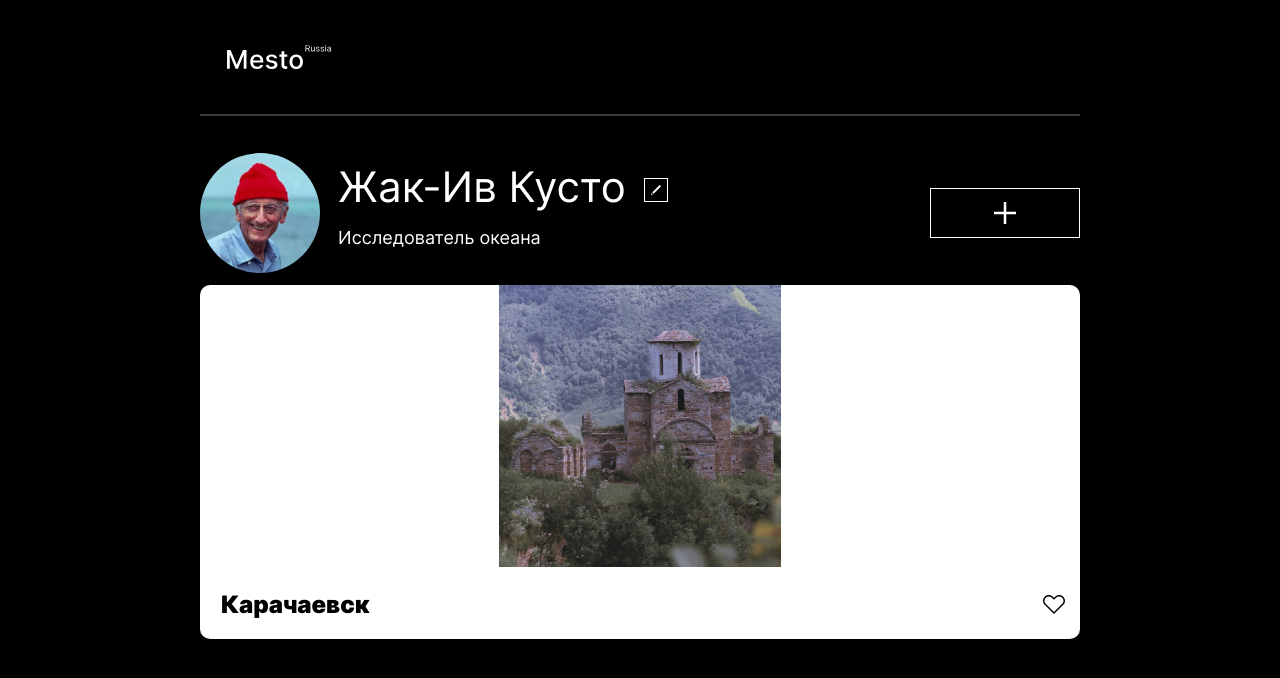
Repository: dyond/mesto
Page: index.html
The author's editor kept a copy of each file at every save. The page is drawn from the files as they stood at one save, then again after a run of saves.
The browser window is 1280 px wide. The pictures show the whole page.

Above is the page before, as saved 2022-11-28 19:36:28.

### index.html
<!DOCTYPE html>
<html lang="ru">
<head>
  <meta charset="UTF-8">
  <meta http-equiv="X-UA-Compatible" content="IE=edge">
  <meta name="viewport" content="width=device-width, initial-scale=1.0">
  <link rel="stylesheet" href="pages/index.css">
  <title>Mesto</title>
</head>
<body class="root">
  <div class="page">
    <header class="header">
      <img src="images/logo.svg" alt="" class="header__logo">
      <hr class="header__line">
    </header>
    <main>
      <section class="profile">
        <img src="images/avatar.jpg" alt="" class="profile__avatar">
        <div class="profile__info">
          <div class="profile__info-group">
            <h1 class="profile__info-title">Жак-Ив Кусто</h1>
            <button class="profile__info-button profile__info-button__edit">
              <img src="images/Vector.png" alt="">
            </button>
          </div>
          <p class="profile__info-subtitle">Исследователь океана</p>

        </div>
        <button class="profile__info-button profile__info-button__add">
          <img src="images/Vector_2.png" alt="">
        </button>
      </section>
      <section class="cards">
        <div class="card">
          <img src="images/kirill-pershin-1088404-unsplash.jpg" alt="" class="card__image">
          <div class="card__group">
            <h2 class="card__title">Карачаевск</h2>
            <button class="card__button">
              <img src="images/vector_3.svg" alt="">
            </button>
          </div>
        </div>
      </section>
    </main>
  </div>
</body>
</html>

### pages/index.css
/* NORMALIZE */
@import url(../vendor/normalize.css);

/* ROOT */
@import url(../blocks/root/root.css);

/* PAGE */
@import url(../blocks/page/page.css);

/* FONTS */
@import url(../vendor/fonts/fonts.css);

/* HEADER */
@import url(../blocks/header/header.css);
@import url(../blocks/header/__logo/header__logo.css);
@import url(../blocks/header/__line/header__line.css);

/* PROFILE */
@import url(../blocks/profile/profile.css);
@import url(../blocks/profile/__avatar/profile__avatar.css);
@import url(../blocks/profile/__info-button/profile__info-button.css);
@import url(../blocks/profile/__info/profile__info.css);
@import url(../blocks/profile/__info-group/profile__info-group.css);
@import url(../blocks/profile/__info-title/profile__info-title.css);
@import url(../blocks/profile/__info-subtitle/profile__info-subtitle.css  );
@import url(../blocks/profile/__info-button/__edit/profile__info-button__edit.css);
@import url(../blocks/profile/__info-button/__add/profile__info-button__add.css);

/* CARDS */
@import url(../blocks/cards/cards.css);
@import url(../blocks/cards/card/card.css);
@import url(../blocks/cards/card/__title/card__title.css);
@import url(../blocks/cards/card/__button/card__button.css);
@import url(../blocks/cards/card/__group/card__group.css);
@import url(../blocks/cards/card/__image/card__image.css);

### blocks/root/root.css
.root{
  background: #000000;
}

### blocks/page/page.css
.page{
  font-family: 'Inter', Arial, sans-serif;
  max-width: 880px;
  margin: 0 auto;
}

### vendor/fonts/fonts.css
@font-face {
  font-family: "Inter";
  src: local("Inter"),
    url("./Inter-Regular.woff2") format("woff2"),
    url("./Inter-Regular.woff") format("woff");
  font-weight: 400;
}

@font-face {
  font-family: "Inter";
  src: local("Inter"),
    url("./Inter-Bold.woff2") format("woff2"),
    url("./Inter-Bold.woff") format("woff");
  font-weight: 700;
}

@font-face {
  font-family: "Inter";
  src: local("Inter"),
    url("./Inter-Black.woff2") format("woff2"),
    url("./Inter-Black.woff") format("woff");
  font-weight: 900;
}

### blocks/header/header.css
.header {
  margin: 28px 0 42px;
  height: 56px;
}

@media screen and (min-width: 880px) {
  .header {
      margin: 45px 0 40px;
  }
}

### blocks/header/__logo/header__logo.css
.header__logo{
  width: 104px;
  margin-bottom: 32px;
  margin-left: 27px;
}

@media screen and (min-width: 880px) {
  .header__logo {
    margin-bottom: 41px;
  }
}

### blocks/header/__line/header__line.css
.header__line{
  margin: 0;
  opacity: 0.7;
  border: 1px solid #545454;
  background-color: #545454;
}

### blocks/profile/profile.css
.profile{
  font-size: 0px;
  display: flex;
  flex-direction: column;
  align-items: center;
  flex-wrap: wrap;
  justify-content: space-between;
}

@media screen and (min-width: 880px){
  .profile{
    flex-direction: row;

  }
}

### blocks/profile/__avatar/profile__avatar.css
.profile__avatar{
  border-radius: 50%;
  max-width: 120px;
}

### blocks/profile/__info-button/profile__info-button.css
.profile__info-button:hover{
  cursor: pointer;
  opacity: 0.6;
}

### blocks/profile/__info/profile__info.css
.profile__info{
  color: #fff;
}

### blocks/profile/__info-group/profile__info-group.css
.profile__info-group {
  display: flex;
  align-items: center;
  margin-left: 25px;
}

@media screen and (min-width: 880px) {
  .profile__info-group {
    margin-left: 0;
  }
}

### blocks/profile/__info-title/profile__info-title.css
.profile__info-title{
  margin: 0 auto;
  font-weight: 500;
  font-size: 27px;
  line-height: 33px;
  text-align: center;
  margin-top: 26px;
  margin-bottom: 14px;
}

@media screen and (min-width: 880px) {
  .profile__info-title {
    margin-top: 22px;
    margin-bottom: 16px;
    font-size: 42px;
    line-height: 48px;
  }
}

### blocks/profile/__info-subtitle/profile__info-subtitle.css
.profile__info-subtitle{
  margin: 0;
  font-weight: 400;
  font-size: 14px;
  text-align: center;
  line-height: 17px;
  margin-bottom: 36px;
}

@media screen and (min-width: 880px) {
  .profile__info-subtitle {
    font-size: 18px;
    line-height: 22px;
    text-align: start;
  }
}

### blocks/profile/__info-button/__edit/profile__info-button__edit.css
.profile__info-button__edit{
  padding: 0;
  height: 18px;
  width: 18px;
  background: transparent;
  border: 1px solid #fff;
  margin-left: 10px;
  margin-top: 12px;
}

@media screen and (min-width: 880px) {
  .profile__info-button__edit {
    height: 24px;
    width: 24px;
    margin-top: 12px;
    margin-left: 18px;
  }
}

### blocks/profile/__info-button/__add/profile__info-button__add.css
.profile__info-button__add{
  padding: 0;
  width: 282px;
  height: 50px;
  background: transparent;
  border: 1px solid #fff;
}

@media screen and (min-width: 880px) {
  .profile__info-button__add {
    margin-left: 244px;
    width: 150px;
  }
}

### blocks/cards/card/card.css
.card{
  border-radius: 10px;
  border-radius: 10px;
  background-color: #fff;
  text-align: center;
}

### blocks/cards/card/__title/card__title.css
.card__title{
  font-weight: 900;
  font-size: 24px;
  line-height: 29px;
}

### blocks/cards/card/__button/card__button.css
.card__button{
  padding: 0;
  font-size: 0;
  background: transparent;
  border: none;
  color: #fff;
}

.card__button:hover{
  cursor: pointer;
  opacity: 0.6;
}

### blocks/cards/card/__group/card__group.css
.card__group{
  display: flex;
  justify-content: space-between;
  margin: 0px 15px 0px 21px;
}

### blocks/cards/card/__image/card__image.css
.card__image{
  max-width: 282px;
}

Loaded but not shown: vendor/normalize.css (library); blocks/cards/cards.css (no copy from this time; the picture is the same without it)

After the next 2 saves:
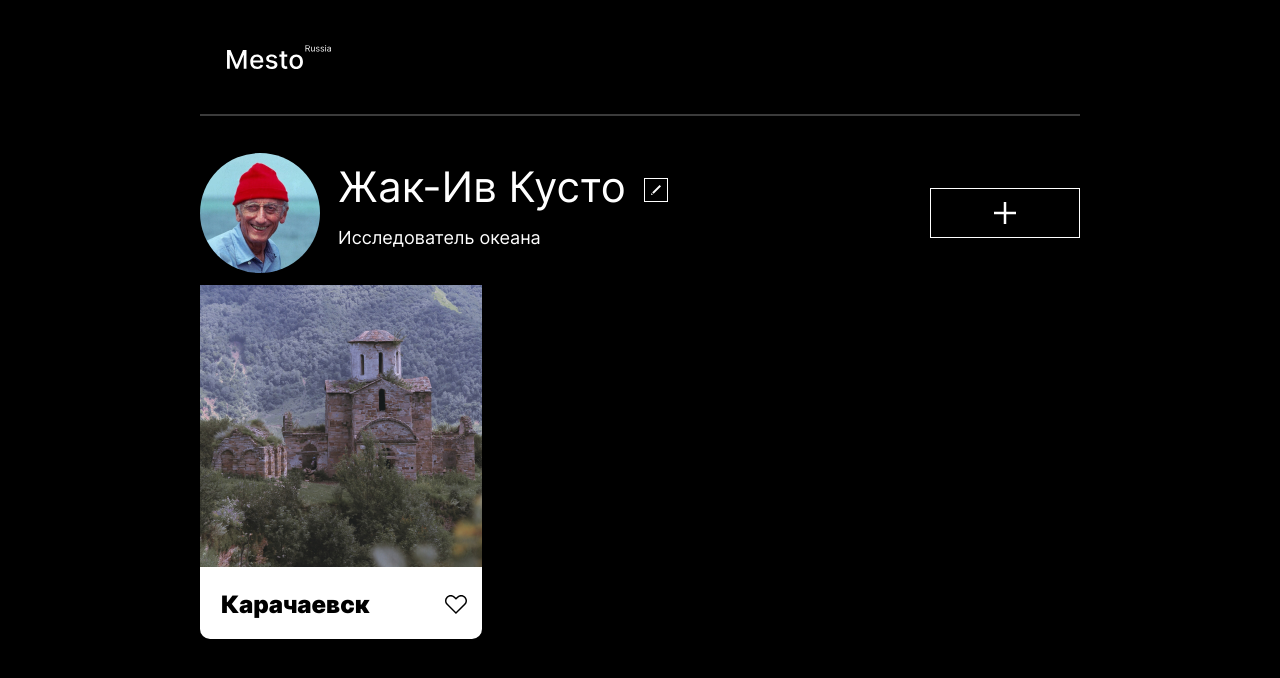
The 2 saves are shown as one change because they came seconds apart.
The last was saved 7 s later.
--- a/blocks/cards/card/card.css
+++ b/blocks/cards/card/card.css
@@ -1,6 +1,6 @@
 .card{
-  border-radius: 10px;
-  border-radius: 10px;
+  max-width: 282px;
+    border-radius: 10px;
   background-color: #fff;
   text-align: center;
 }
